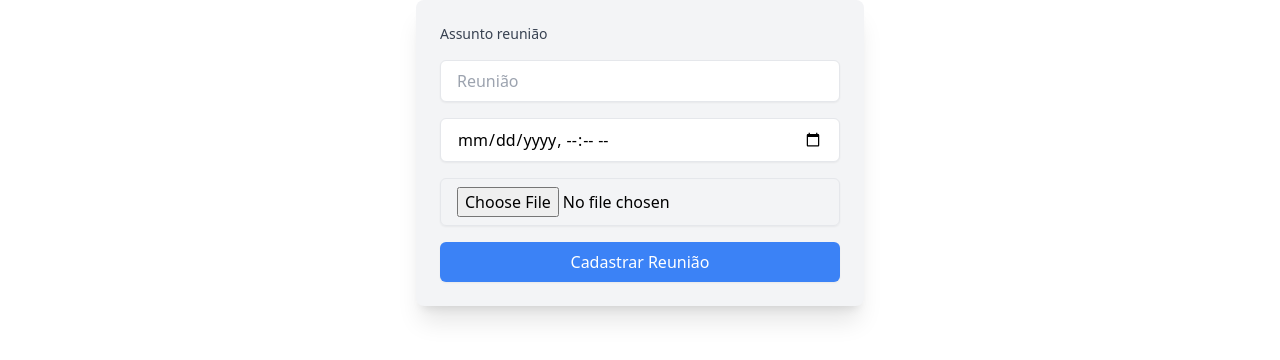
Repository: TamiBeira/meeting
Page: /
An editor plug-in stored every save of this project. The page is shown before and after the next save, followed by the edit.
The browser window is 1280 px wide. The pictures show the whole page.
The project was rebuilt for these pictures with package versions that can differ from the ones it lists, and the page was loaded fresh each time. Also part of the build but not shown: vite.config.ts.

Above is the page before, as saved 2024-02-26 10:51:48.

### index.html
<!doctype html>
<html lang="pt">
  <head>
    <meta charset="UTF-8" />
    <meta name="viewport" content="width=device-width, initial-scale=1.0" />
    <title>Meeting</title>
  </head>
  <body>
    <div id="root"></div>
    <script type="module" src="/src/main.tsx"></script>
  </body>
</html>

### src/app.tsx
import { Form } from "./components/Form"

export function App() {
  return(
    <main>
      <Form />
    </main>
  )
}

### src/components/Form.tsx
import { useState } from "react";

export const Form = () =>{
    const [data, setData] = useState();
    const [hora, setHora] = useState();
    const [imagem, setImagem] = useState();
    const [title, setTitle] = useState();

    return(
        <main className="mx-auto max-w-md p-6 bg-gray-100 rounded-lg shadow-xl justify-center">
            <div className="space-y-4">
                <label htmlFor="reuniao" className="block text-sm font-medium text-gray-700">Assunto reunião</label>
                <input type="text" placeholder="Reunião" id="reuniao" className="block w-full px-4 py-2 border rounded-md shadow-sm focus:outline-none focus:ring-blue-500 focus:border-blue-500"/>
                <input type="datetime-local" name="" id="" className="block w-full px-4 py-2 border rounded-md shadow-sm focus:outline-none focus:ring-blue-500 focus:border-blue-500"/>
                <input type="file" name="" id="" className="block w-full px-4 py-2 border rounded-md shadow-sm focus:outline-none focus:ring-blue-500 focus:border-blue-500"/>
                <button className="block w-full px-4 py-2 bg-blue-500 text-white rounded-md shadow-sm hover:bg-blue-600 focus:outline-none focus:ring-blue-500 focus:border-blue-500">Cadastrar Reunião</button>
            </div>
        </main>
    )
}

### tailwind.config.js
/** @type {import('tailwindcss').Config} */
export default {
  content: [
    "./index.html",
    "./src/**/*.tsx",
  ],
  theme: {
    extend: {},
  },
  plugins: [],
}

Loaded but not shown: src/main.tsx (common file); src/index.css (common file)

After the next save:
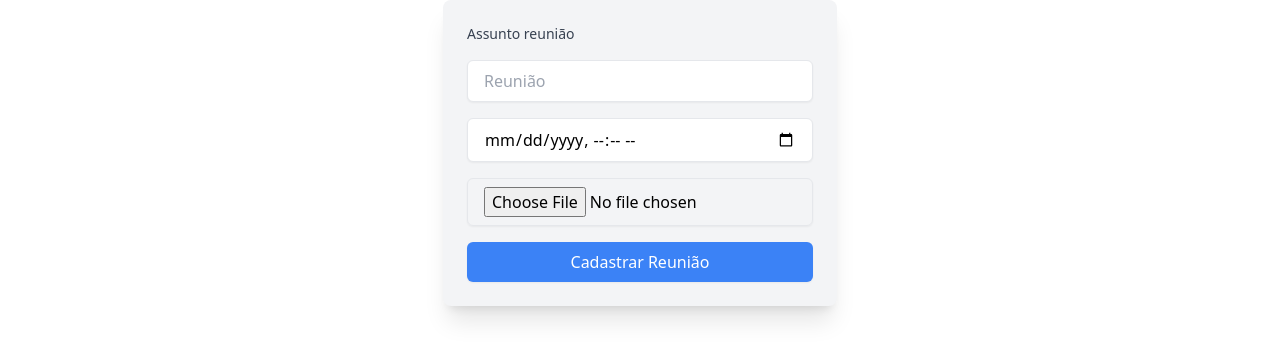
Saved 62 s later.
--- a/src/components/Form.tsx
+++ b/src/components/Form.tsx
@@ -1,19 +1,21 @@
 import { useState } from "react";
 
-export const Form = () =>{
+export const Form = () => {
     const [data, setData] = useState();
     const [hora, setHora] = useState();
     const [imagem, setImagem] = useState();
     const [title, setTitle] = useState();
 
-    return(
-        <main className="mx-auto max-w-md p-6 bg-gray-100 rounded-lg shadow-xl justify-center">
-            <div className="space-y-4">
-                <label htmlFor="reuniao" className="block text-sm font-medium text-gray-700">Assunto reunião</label>
-                <input type="text" placeholder="Reunião" id="reuniao" className="block w-full px-4 py-2 border rounded-md shadow-sm focus:outline-none focus:ring-blue-500 focus:border-blue-500"/>
-                <input type="datetime-local" name="" id="" className="block w-full px-4 py-2 border rounded-md shadow-sm focus:outline-none focus:ring-blue-500 focus:border-blue-500"/>
-                <input type="file" name="" id="" className="block w-full px-4 py-2 border rounded-md shadow-sm focus:outline-none focus:ring-blue-500 focus:border-blue-500"/>
-                <button className="block w-full px-4 py-2 bg-blue-500 text-white rounded-md shadow-sm hover:bg-blue-600 focus:outline-none focus:ring-blue-500 focus:border-blue-500">Cadastrar Reunião</button>
+    return (
+        <main className="flex justify-center">
+            <div className="mx-auto max-w-md p-6 bg-gray-100 rounded-lg shadow-xl">
+                <div className="space-y-4">
+                    <label htmlFor="reuniao" className="block text-sm font-medium text-gray-700">Assunto reunião</label>
+                    <input type="text" placeholder="Reunião" id="reuniao" className="block w-full px-4 py-2 border rounded-md shadow-sm focus:outline-none focus:ring-blue-500 focus:border-blue-500" />
+                    <input type="datetime-local" name="" id="" className="block w-full px-4 py-2 border rounded-md shadow-sm focus:outline-none focus:ring-blue-500 focus:border-blue-500" />
+                    <input type="file" name="" id="" className="block w-full px-4 py-2 border rounded-md shadow-sm focus:outline-none focus:ring-blue-500 focus:border-blue-500" />
+                    <button className="block w-full px-4 py-2 bg-blue-500 text-white rounded-md shadow-sm hover:bg-blue-600 focus:outline-none focus:ring-blue-500 focus:border-blue-500">Cadastrar Reunião</button>
+                </div>
             </div>
         </main>
     )
